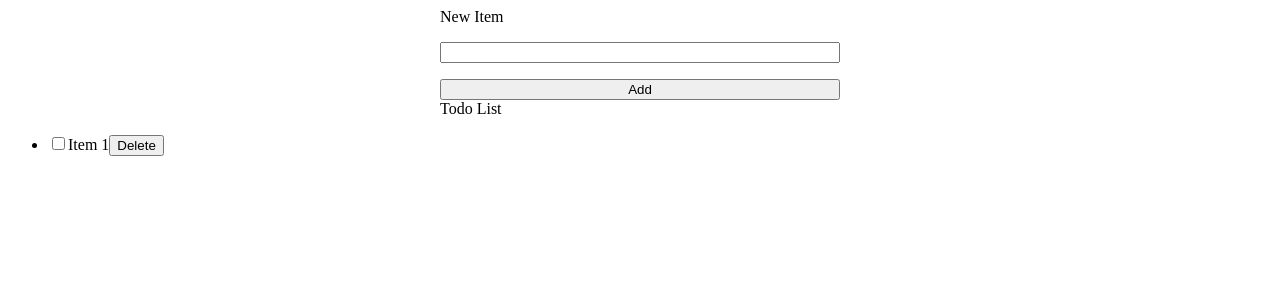
Repository: emmanuel2011-program/react-to-do-list
Page: /
These files come from the project's save history. The page is drawn as it stood at one moment and after a run of saves; the edit follows.
The browser window is 1280 px wide. The pictures show the whole page.
The project was rebuilt for these pictures with package versions that can differ from the ones it lists, and the page was loaded fresh each time. Also part of the build but not shown: vite.config.js.

Above is the page before, as saved 2025-11-02 03:15:31.

After the next 2 saves:
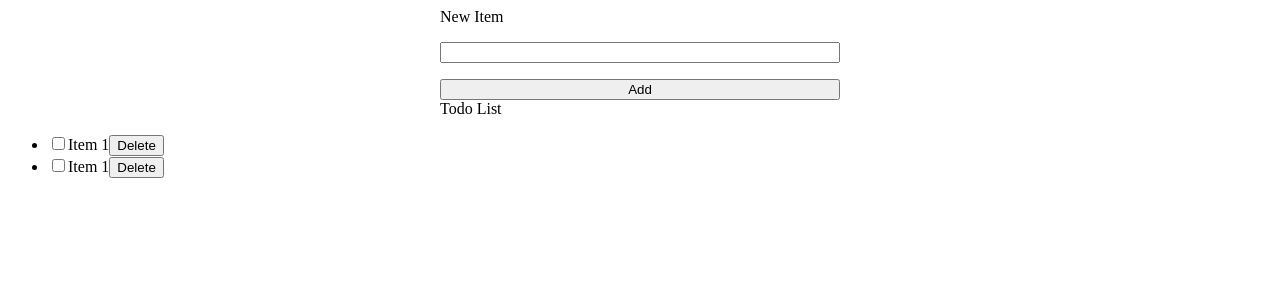
The 2 saves are shown as one change because they came seconds apart.
The last was saved 17 s later.
--- a/src/App.jsx
+++ b/src/App.jsx
@@ -18,6 +18,13 @@ export default function App() {
       </label>
       <button className="btn btn-danger">Delete</button>
     </li>
+    <li>
+      <label>
+        <input type="checkbox" />
+        Item 1
+      </label>
+      <button className="btn btn-danger">Delete</button>
+    </li>
   </ul>
   </>
 )
